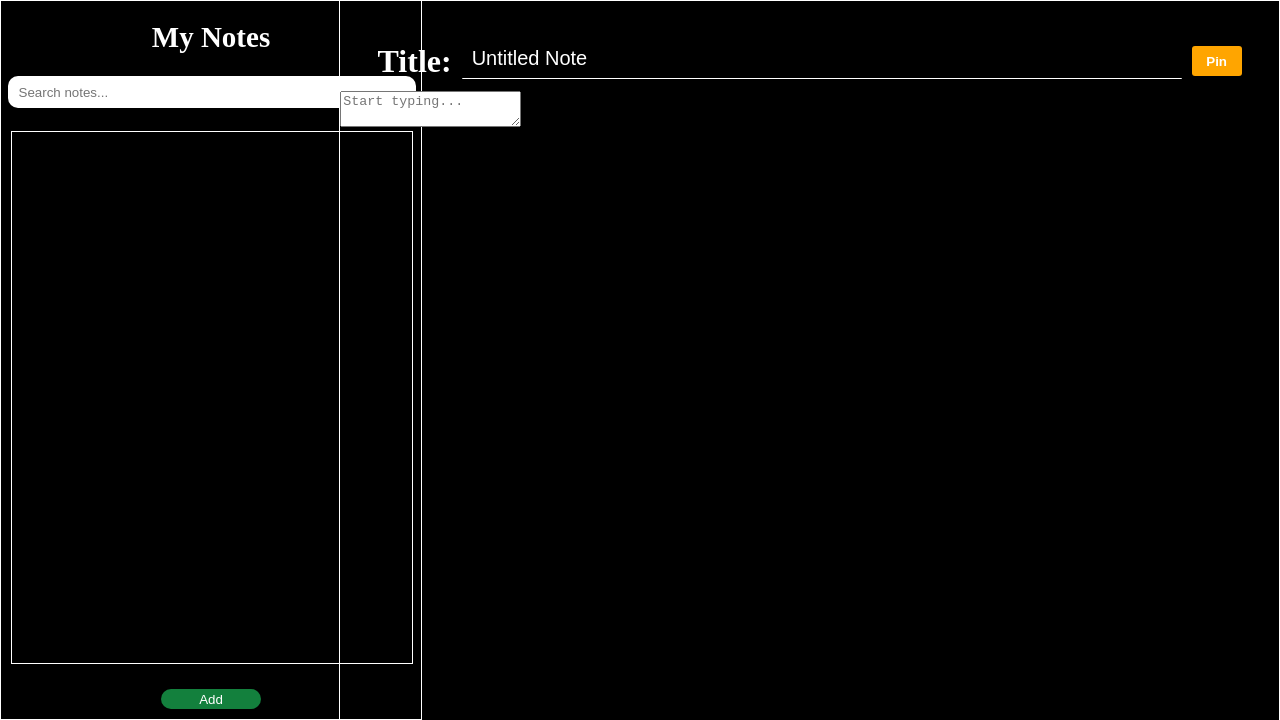
Repository: dmpelaez/myNotes
Page: QuickNotes.html
These files come from the project's save history. The page is drawn as it stood at one moment and after the next save; the edit follows.
The browser window is 1280 px wide. The pictures show the whole page.

Above is the page before, as saved 2025-12-18 21:19:48.

After the next save:
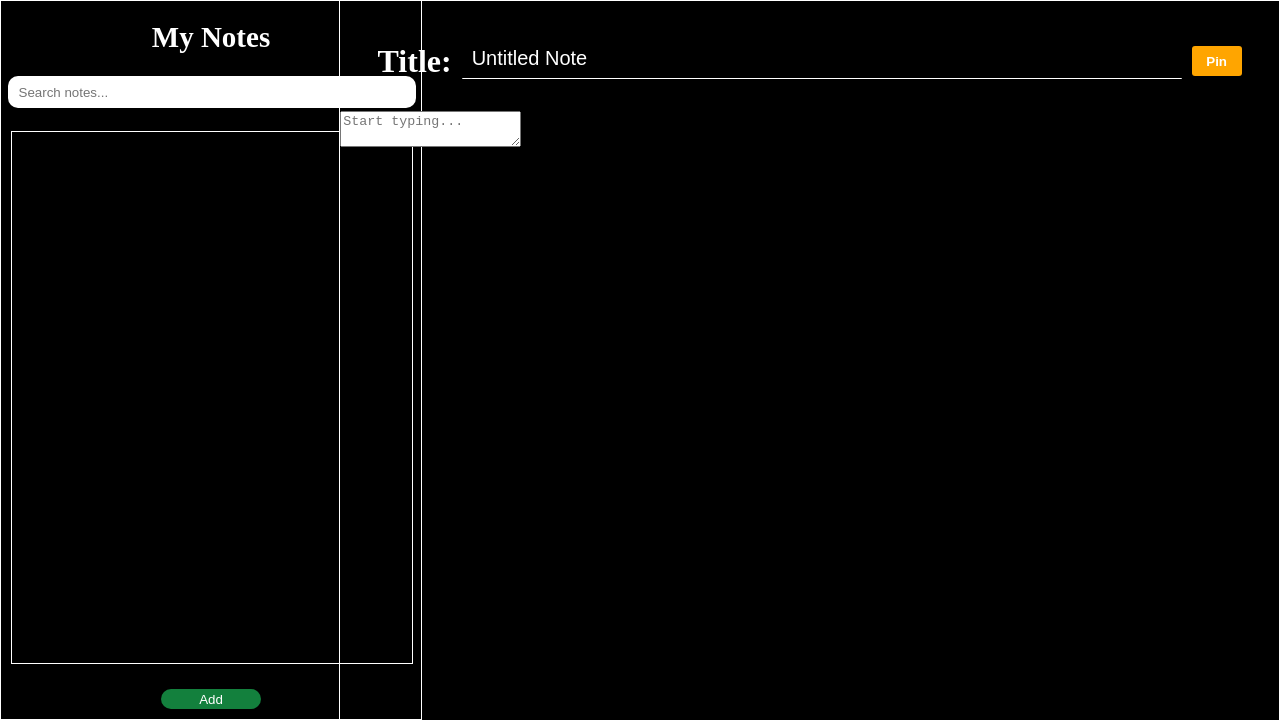
Saved 10 s later.
--- a/QuickNotes.css
+++ b/QuickNotes.css
@@ -81,7 +81,7 @@ body {
   height: 100%;
   display: grid;
   grid-template-rows: 70px 1fr 100px;
-  gap: 20px;
+  gap: 40px;
 }
 
 .header-section {
